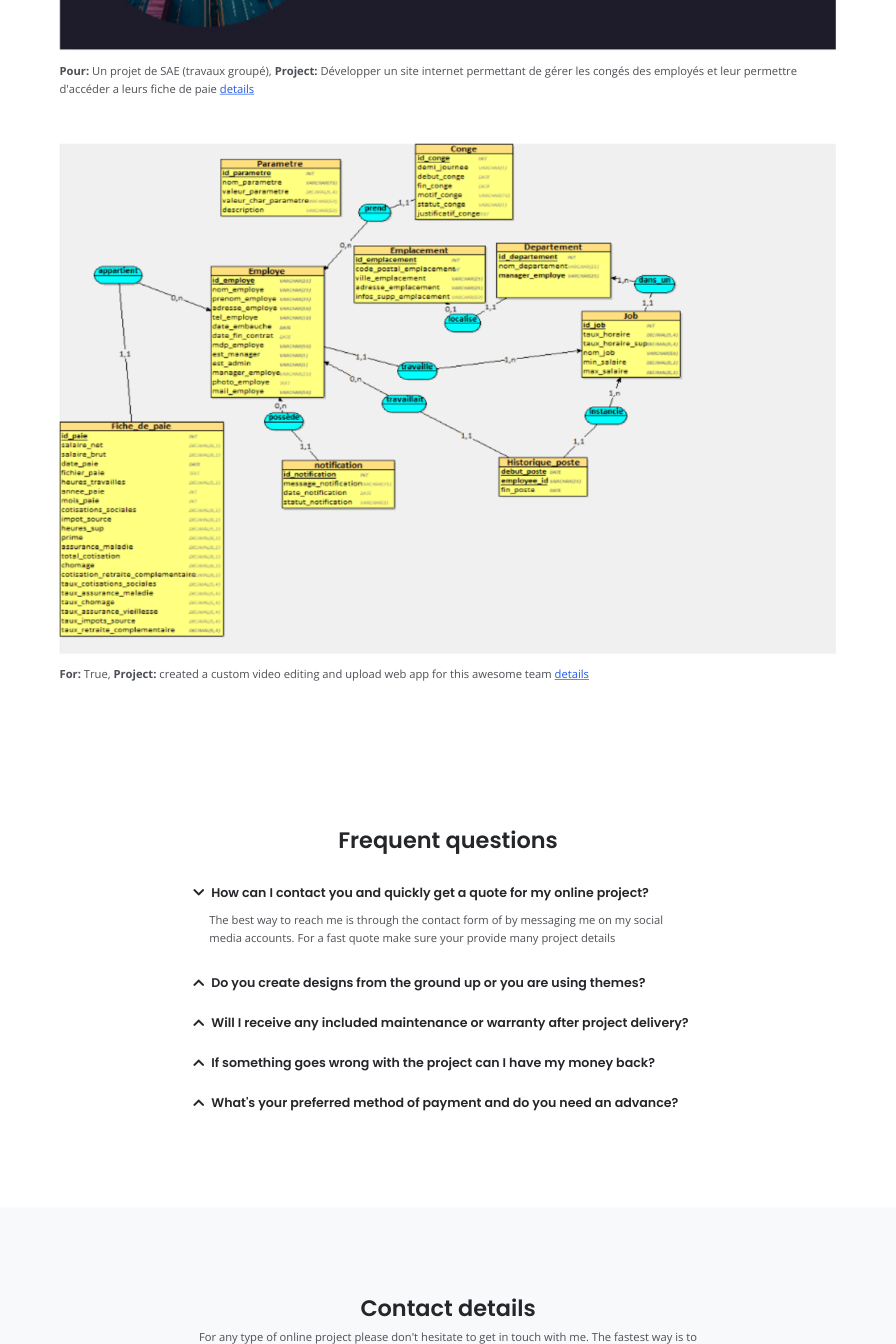
Repository: J2S80000/Portfolio
Page: index.html
These files come from the project's save history. The page is drawn as it stood at one moment and after the next save; the edit follows.
The browser window is 1280 px wide. The pictures show the part of the page from y = 4580 to 6500 px (the page is 7477 px tall), at 70% of full size.

Above is the page before, as saved 2025-05-05 17:38:11.

After the next save:
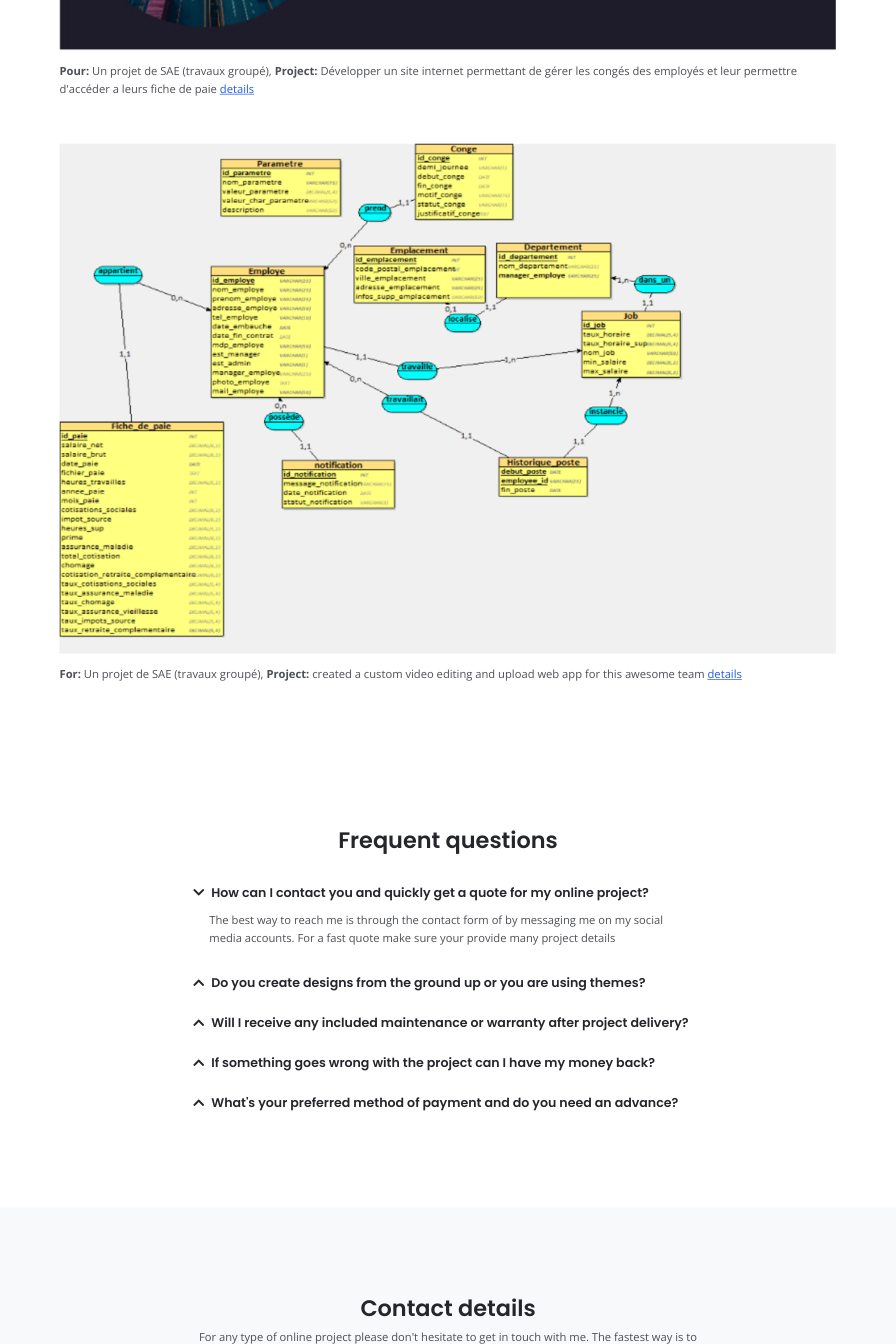
Saved 7 s later.
--- a/index.html
+++ b/index.html
@@ -252,7 +252,7 @@
                                 <img class="img-fluid" src="images/project-3.1.png" alt="alternative">
                             </a>
                         </div> <!-- end of image-container -->
-                        <p><strong>For:</strong> True, <strong>Project:</strong> created a custom video editing and upload web app for this awesome team <a class="blue" href="project.html">details</a></p>
+                        <p><strong>For:</strong> Un projet de SAE (travaux groupé), <strong>Project:</strong> created a custom video editing and upload web app for this awesome team <a class="blue" href="project.html">details</a></p>
                     </div> <!-- end of text-container -->
 
                 </div> <!-- end of col -->
